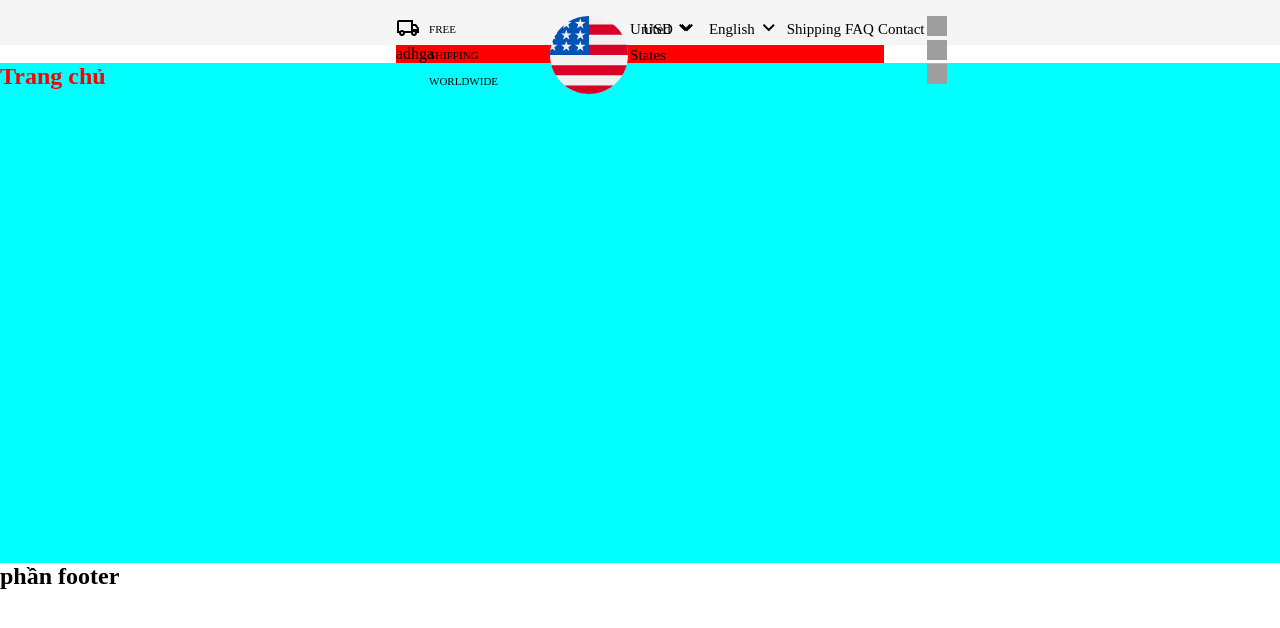
Repository: tatvanhco/shopper
Page: /
The author's editor kept a copy of each file at every save. The page is drawn from the files as they stood at one save, then again after the next save.
The browser window is 1280 px wide. The pictures show the whole page.
Pictures or frames that could not be fetched are drawn as grey boxes. The project was rebuilt for these pictures with package versions that can differ from the ones it lists, and the page was loaded fresh each time.

Above is the page before, as saved 2022-09-24 11:55:35.

After the next save:
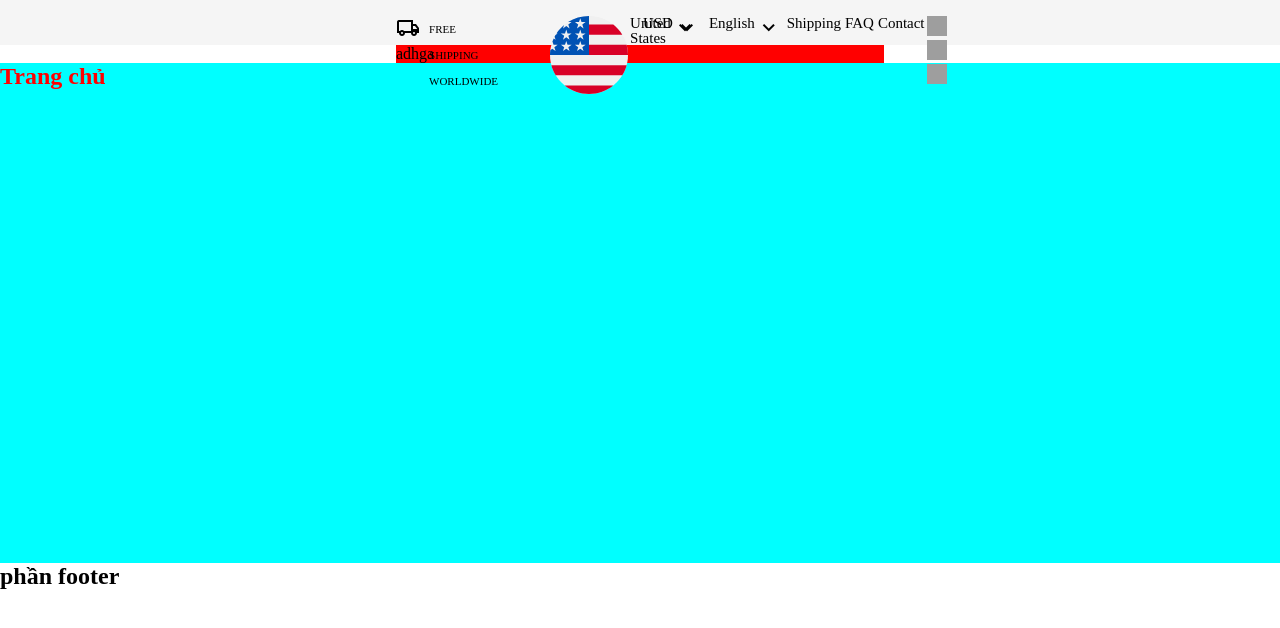
Saved 55 s later.
--- a/src/App.scss
+++ b/src/App.scss
@@ -14,7 +14,7 @@
 
 .title {
     font-size: 15px;
-    line-height: 26px;
+    line-height: 15px;
     padding: 0 2px;
 }
 
